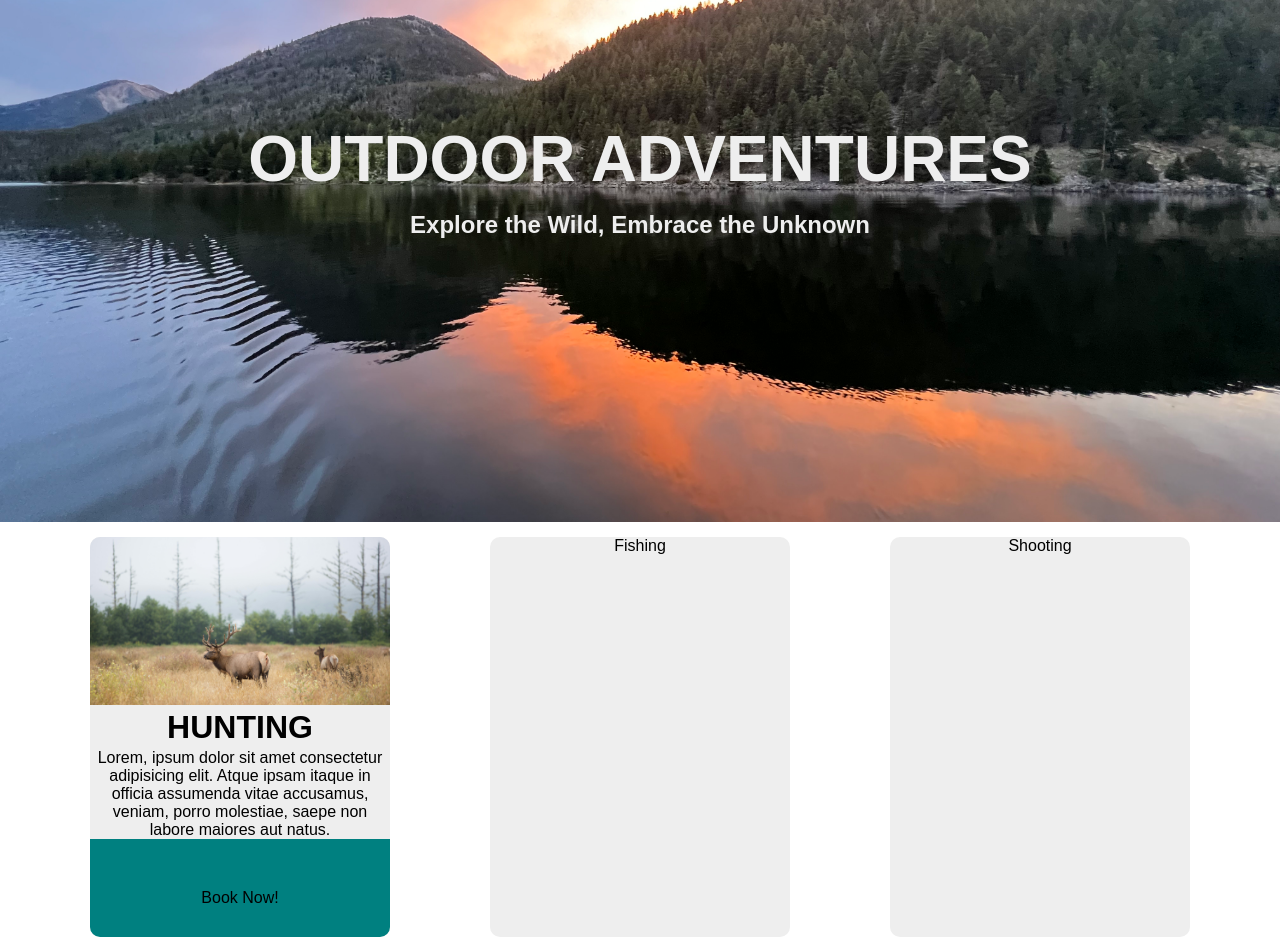
Repository: iforgotmylogin/WebDesignFinal
Page: index.html
The author's editor kept a copy of each file at every save. The page is drawn from the files as they stood at one save, then again after the next save.
The browser window is 1280 px wide. The pictures show the part of the page from y = 290 to 1242 px (the page is 1242 px tall).
A picture or video elsewhere on the page could not be fetched, so the positions and the page height are approximate.

Above is the page before, as saved 2024-04-07 18:31:27.

### index.html
<!DOCTYPE html>
<html lang="en">
<head>
    <link rel="stylesheet" href="css/global.css">
    <link rel="stylesheet" href="css/navbar.css">
    <link rel="stylesheet" href="css/dropdown.css">
    <link rel="stylesheet" href="https://cdn.jsdelivr.net/npm/aos@2.3.4/dist/aos.css">
    <link rel="stylesheet" href="css/homepage.css">
    <meta http-equiv="X-UA-Compatible" content ="IE=edge">
    <meta charset="UTF-8">
    <meta name="viewport" content="width=device-width, initial-scale=1.0">
    <title>Outdoor Adventures</title>
</head>
<body>
    <header>
        <a href="#"><img src="images/outdoor-adventure-logo-color.png" alt="Logo" class="logo"></a>
       <nav>
        <ul>
            <li>
                <a href="#">About</a>
            </li>
            <li class="dropdown">
                <a href="html/Booking.html">Booking</a>
                <div class="dropdown-content">
                    <a href="#">Hunting</a>
                    <a href="#">Fishing</a>
                    <a href="#">Shooting</a>
                    <a href="#">ATV Rental</a>
                </div>
            </li>
            <li>
                <a href="html/Reviews.html">Reviews</a>
            </li>
            <li>
                <a href="#">Careers</a>
            </li>
            <li>
                <a href="#">Contact</a>
            </li>
        </ul>
    </nav>



    </header>
    <main class="hero_image">
        <h1>Outdoor Adventures</h1>
        <h2>Explore the Wild, Embrace the Unknown</h2>
    </main>

    <div class="container">
        <a  href="#" data-aos="fade-up" class="box hunting">
            <img src="images/HuntingBackdrop.jpg" alt="Image of an Elk">
            <h1>Hunting</h1>
            <p>Lorem, ipsum dolor sit amet consectetur adipisicing elit. Atque ipsam itaque in officia assumenda vitae accusamus, veniam, porro molestiae, saepe non labore maiores aut natus.</p>
            <div class="home-booking-button">
                Book Now!
            </div>
        </a>

        <div data-aos="fade-up" class="box Fishing">Fishing</div>

        <div data-aos="fade-up" class="box Shooting">Shooting</div>
    </div>



    <!-- Use <div data-aos="fade-up"><div> for really cool animations that use this java script!! -->
    <script src="https://cdn.jsdelivr.net/npm/aos@2.3.4/dist/aos.js"></script>
    <script>
      AOS.init();
    </script>
</body>
</html>

### css/global.css
*{
    font-family: Arial, Helvetica, sans-serif;
}
.hero_image{
    position: absolute;
    z-index: 1;
    margin: 0 auto;
    justify-content: center;
    top: 0px;
    padding: 50px;
    height: 600px;
    position: relative;
    background-image: url("../images/IMG_0679.jpeg");
    background-size: cover;
    background-position: center;
}

.hero_image h1{
    font-size: 400%;
    color: #eee;
    text-transform: uppercase;
    text-align: center;
    margin: 250px 0 auto;
}

.hero_image h2{
    margin: 15px 0 auto;
    text-align: uppercase;
    text-align: center;
    color:#eee;
}

h1.global{
    text-align: center;
}

#usrReview_1{
    outline: 2px solid red; /*This is for "debugging" where the div is and how it's behaving*/

    padding: 30px;
}

#userPfp{
    float: left;
    max-width: 90%;
    width: 200px;
    margin-right: 10px; /* adds some spacing between the image and the text*/

}

### css/navbar.css
body{
    margin:0px;
}


header{
    display: flex;
    justify-content: space-between;
    background-color: #eee;
    border-bottom: 5px white;
    box-shadow: 0 0 5px rgba(0,0,0,.2);
}

header .logo{
    height: 100px;
    padding:4px;
}

header nav{
    display: flex;
    align-items: center;
}
header nav ul{
    margin: 0px;
    padding: 0px;
    text-align: right;
    display: flex;
    width: 100%;
    justify-content: end;
}
header nav ul li{
    list-style-type: none;
}

header nav ul li a{
  text-decoration: none;
  color: #666;
  font-weight: bold;
  font-size:15px;
  text-transform:uppercase;
  font-family:Helvetica, sans-serif;
  padding:49px 30px;
  transition: all .3s linear;
}
header nav ul li a:hover{
    background-color:teal;
    color:white;
}

header nav ul li a.active{
    background-color: burlywood;
}

### css/dropdown.css
.dropbtn {
    background-color: #eee;
    color: white;
    padding: 16px;
    font-size: 16px;
    border: none;
  }

  .dropdown {
    align-items: center;
    display: inline-block;
  }

  .dropdown-content {
    display: none;
    position:absolute;
    background-color: #eee;
    min-width: 136px;
    box-shadow: 0px 8px 16px 0px rgba(0,0,0,0.2);
    z-index: 1;
    top: 14%;
    z-index: 2; /* Makes the dropdown menu appear over the hero image */
  }

  /* Links inside the dropdown */
  .dropdown-content a {
    color: black;
    padding: 12px 16px;
    text-decoration: none;
    text-align: center;
    display: block;
  }

  .dropdown-content a:hover {background-color: teal;}

  .dropdown:hover .dropdown-content {display: block;}

  .dropdown:hover .dropbtn {background-color: teal;}

### css/homepage.css
*{
    margin:0;
    padding:0;
}
.container{
    position:relative;
    width: 100%;
    height: auto;
    display: flex;
    flex-direction: row;
    justify-content: center;
}
.box{
    position: relative;
    width: 300px;
    height: 400px;
    background:#eee;
    text-align: center;
    margin: 15px;
    box-sizing: border-box;
    overflow: hidden;
    margin-left: 50px;
    margin-right: 50px;
    border-radius: 10px;
}
.container a{
    text-decoration: none;
    color:black;
}
.hunting img{
    width: 100%;
}
.hunting h1{
    padding-bottom: 3px;
    text-transform: uppercase;
}
.home-booking-button{
    padding-top: 50px;
    padding-bottom: 30px;
    background-color: teal;
}

After the next save:
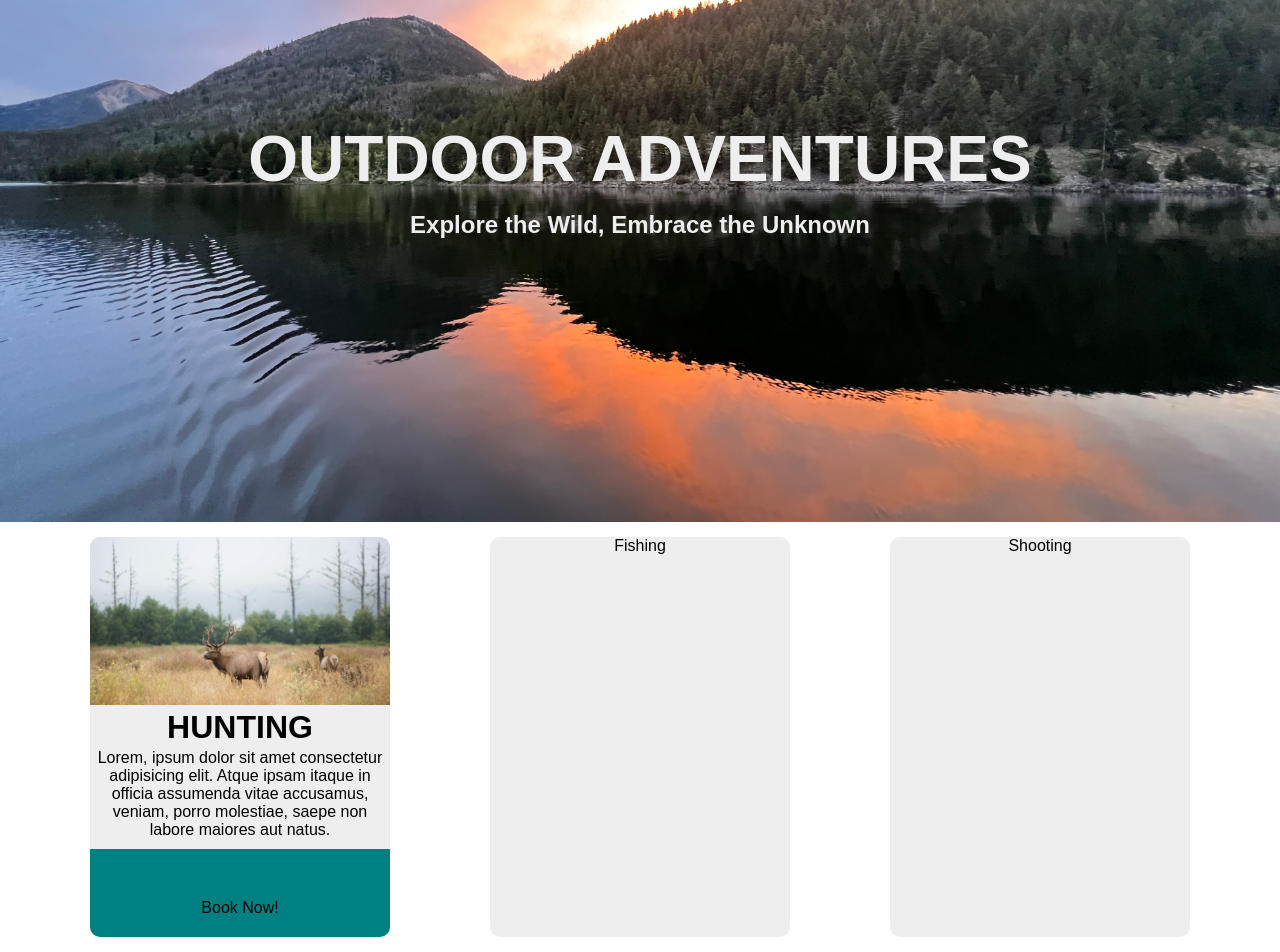
Saved 25 s later.
--- a/css/homepage.css
+++ b/css/homepage.css
@@ -34,6 +34,9 @@
     padding-bottom: 3px;
     text-transform: uppercase;
 }
+.hunting p{
+    padding-bottom: 10px;
+}
 .home-booking-button{
     padding-top: 50px;
     padding-bottom: 30px;
